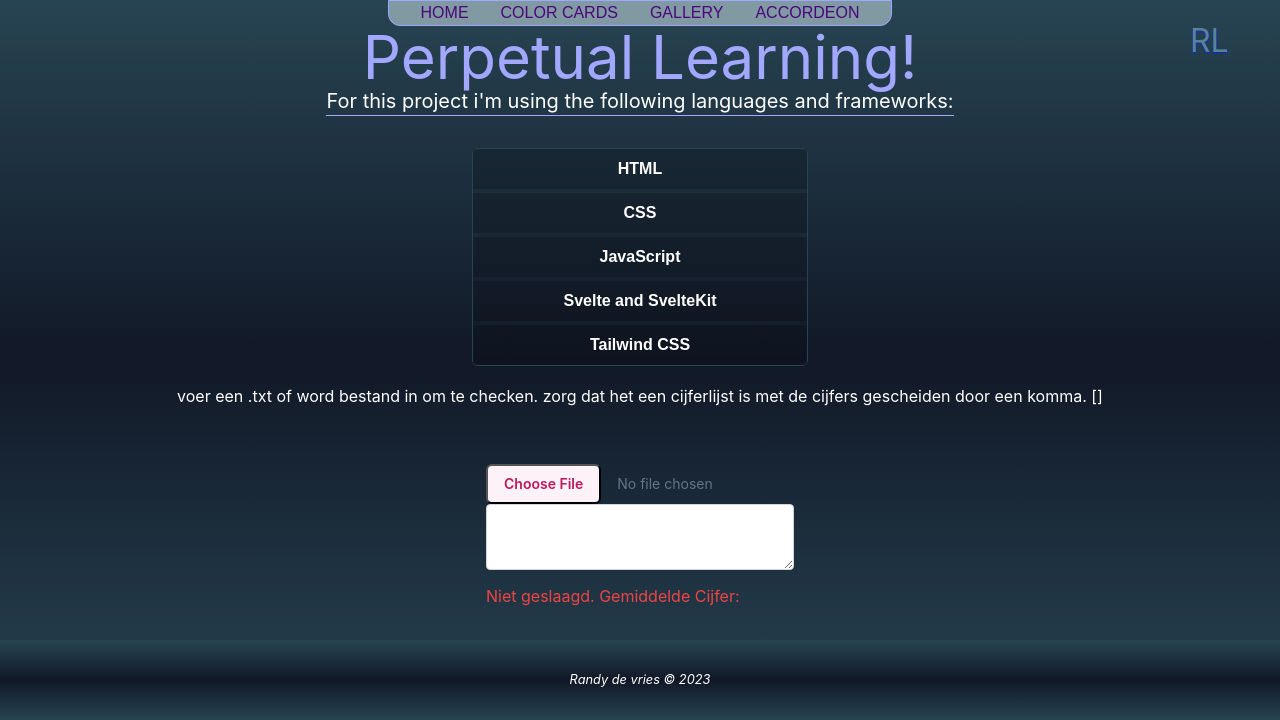
Repository: Freezler/svelte-app
Page: /links
These files come from the project's save history. The page is drawn as it stood at one moment and after the next save; the edit follows.
The browser window is 1280 px wide. The pictures show the whole page.
The project was rebuilt for these pictures with package versions that can differ from the ones it lists, and the page was loaded fresh each time. The framework's server and built-in components were replaced by stand-ins that run in the browser. Also part of the build but not shown: svelte.config.js, vite.config.js.

Above is the page before, as saved 2023-11-12 11:41:21.

After the next save:
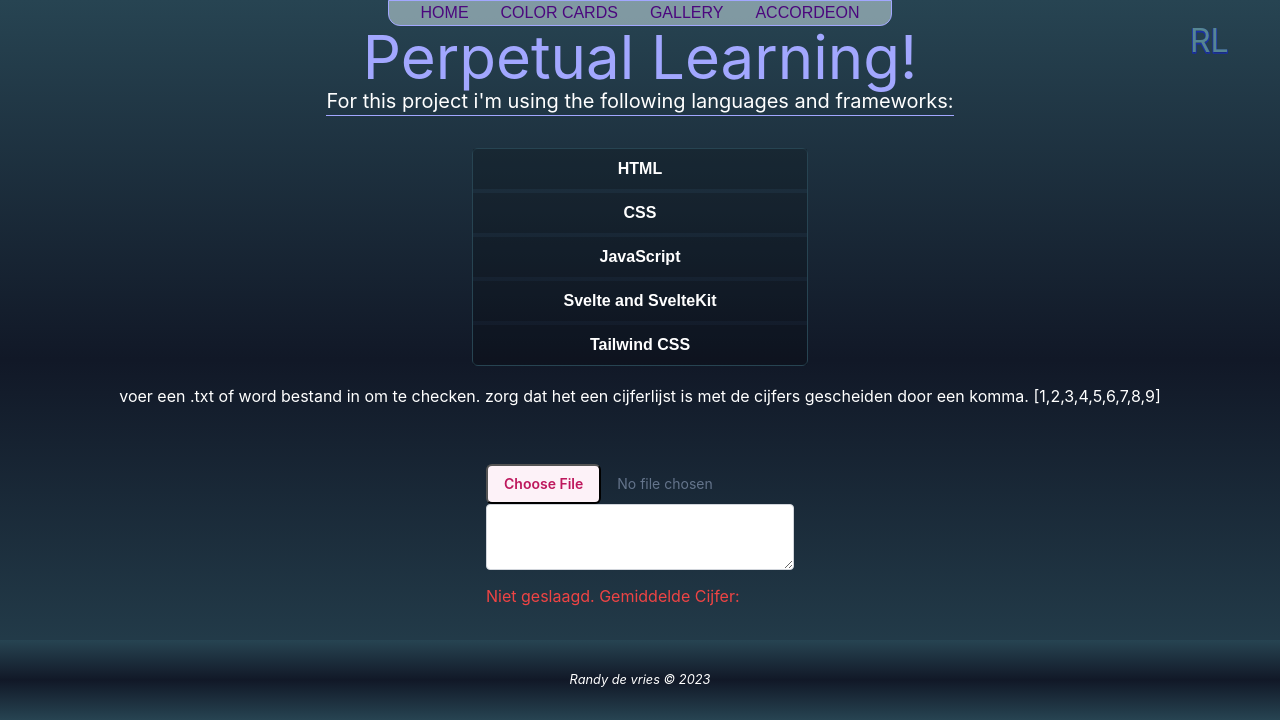
Saved 4 s later.
--- a/src/components/CijferlijstInput.svelte
+++ b/src/components/CijferlijstInput.svelte
@@ -32,7 +32,7 @@
   }
 </script>
 <div class="text-center text-white -translate-y-10"><h3>voer een .txt of word bestand in om te checken.
-	zorg dat het een cijferlijst is met de cijfers gescheiden door een komma. []
+	zorg dat het een cijferlijst is met de cijfers gescheiden door een komma. [1,2,3,4,5,6,7,8,9]
 </h3></div>
 <div class="p-4 min-w-[340px]">
   <input
